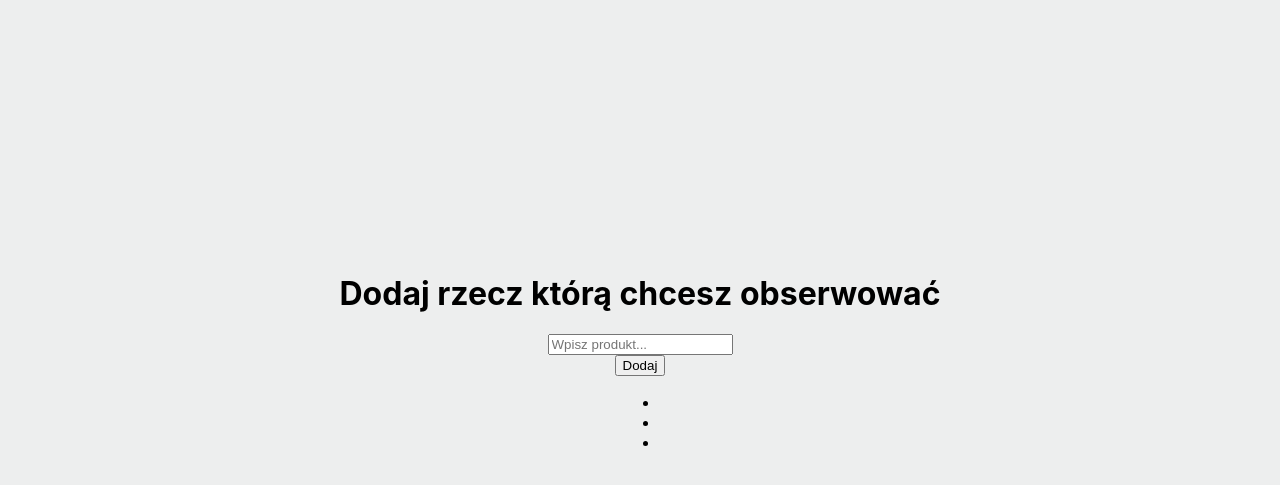
Repository: matedoo/crawler
Page: /MainApp
These files come from the project's save history. The page is drawn as it stood at one moment and after a run of saves; the edit follows.
The browser window is 1280 px wide. The pictures show the whole page.
The project was rebuilt for these pictures with package versions that can differ from the ones it lists, and the page was loaded fresh each time. Requests to the local data server were answered from the project's data file. Also part of the build but not shown: src/Components/button.js, src/Components/LoginComponents/LoginApp.js, src/Components/LoginComponents/RegisterApp.js, src/Components/btnContainer.js, src/Components/heading.js, src/Components/LoginComponents/StartApp.js, src/Components/MainApp/MainAppElement.js.

Above is the page before, as saved 2020-04-26 20:35:45.

After the next 2 saves:
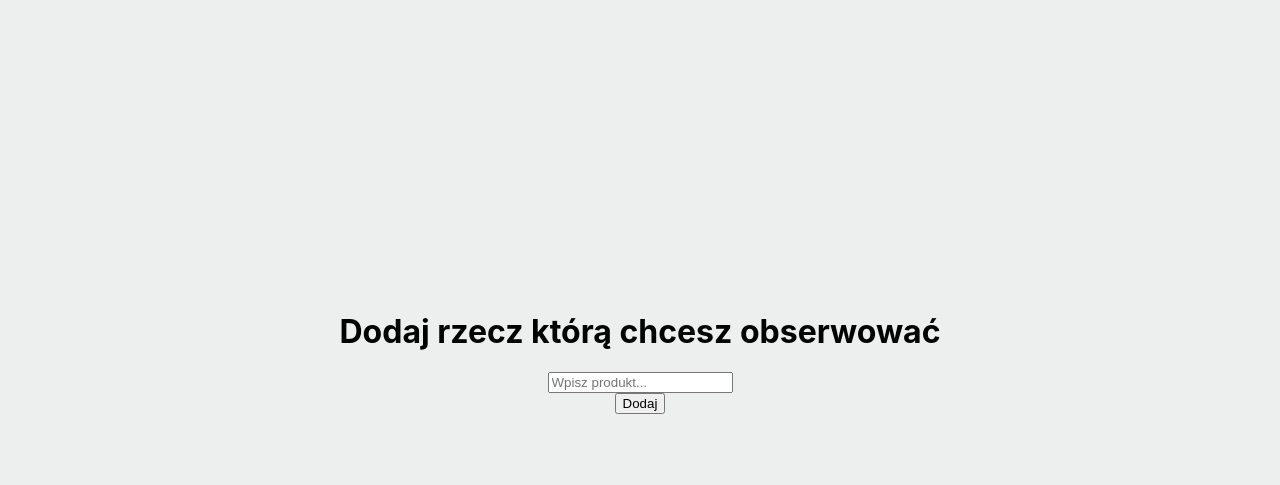
The 2 saves are shown as one change because 1 did not build or start.
The last was saved 2 min 24 s later.
--- a/src/Components/MainApp/MainApp.js
+++ b/src/Components/MainApp/MainApp.js
@@ -102,9 +102,7 @@ function MainApp(props) {
         {!!error && <p>{error}</p>}
         <div>
         <ul>
-        {Object.keys(fetchedData).map((item, index) => (
-          <li>{item.title}</li>
-        ))}
+        {fetchedData.title}
         </ul>
         </div>
       </LoginAppStyled>
